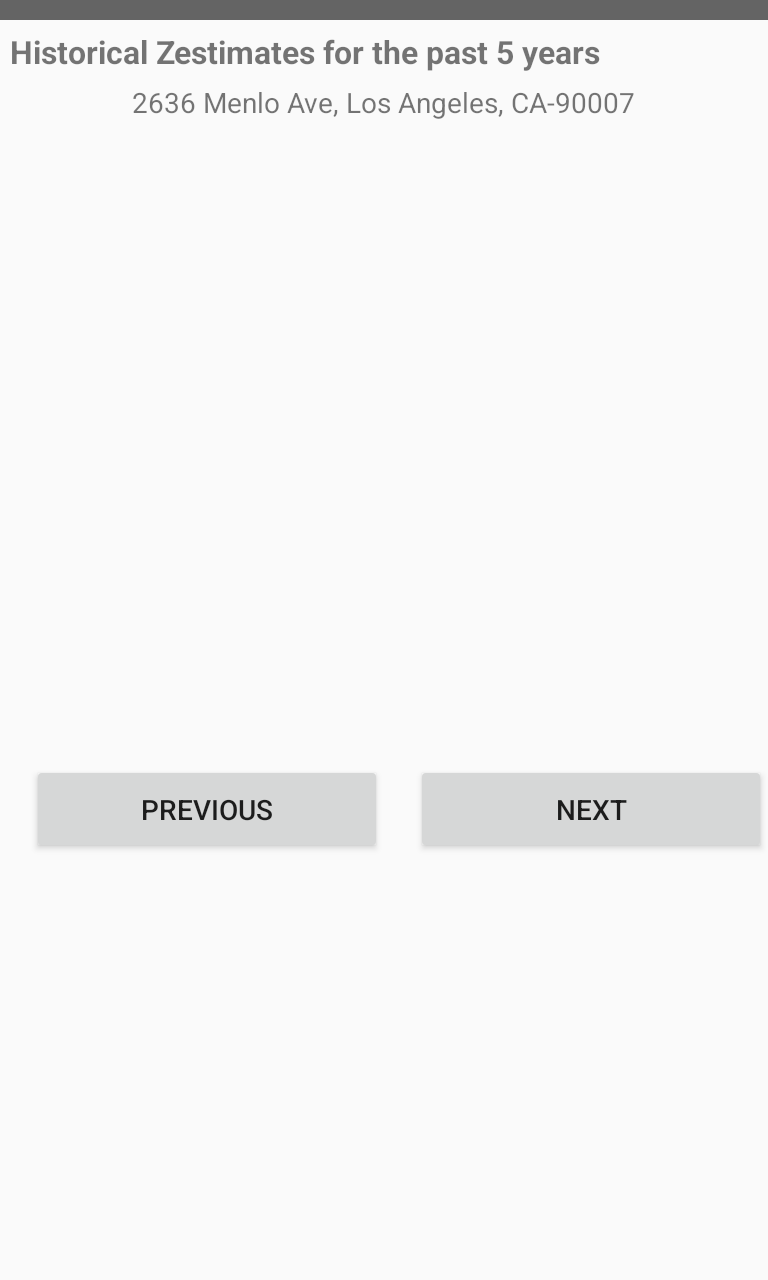
Repository: Warun26/PropertySearch
Layout: PropertySearch/res/layout/historical_zestimates_tab.xml
The author's editor kept a copy of each file at every save. The layout is drawn from the files as they stood at one save, then again after the next save.
It is drawn on a 768 x 1280 px phone screen (xhdpi) without system bars, with theme AppTheme; the app's code is not run. The app's manifest (not shown) leaves right-to-left support off. So textAlignment, textDirection and layoutDirection are ignored, and left and right values win over start and end ones.

Above is the layout before, as saved 2014-11-23 04:17:25.

After the next save:
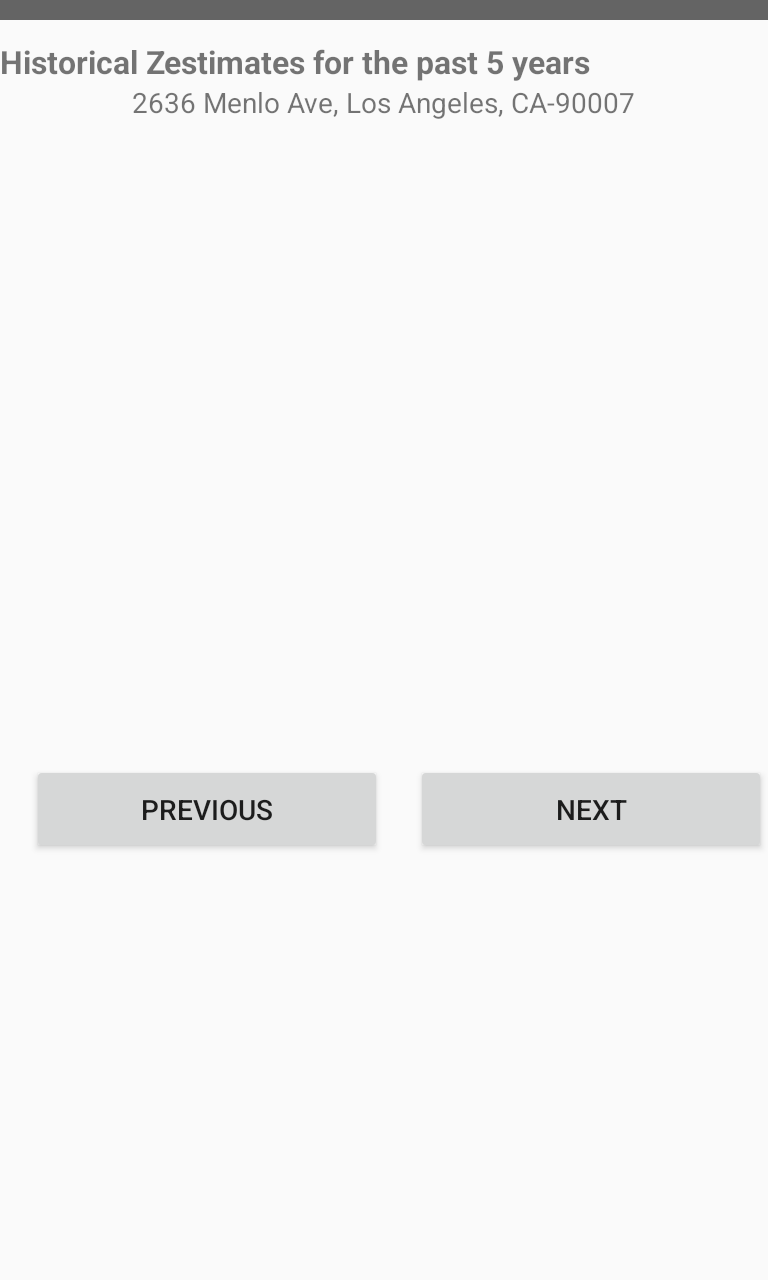
Saved 21 s later.
--- a/PropertySearch/res/layout/historical_zestimates_tab.xml
+++ b/PropertySearch/res/layout/historical_zestimates_tab.xml
@@ -26,7 +26,7 @@
 	     android:layout_gravity="center"
 	     android:textStyle="bold"
 	     android:text="Historical Zestimates for the past 5 years"
-	     android:layout_margin="5dp">
+	     android:layout_marginTop="10dp">
 	</TextView>
 
     <TextView
